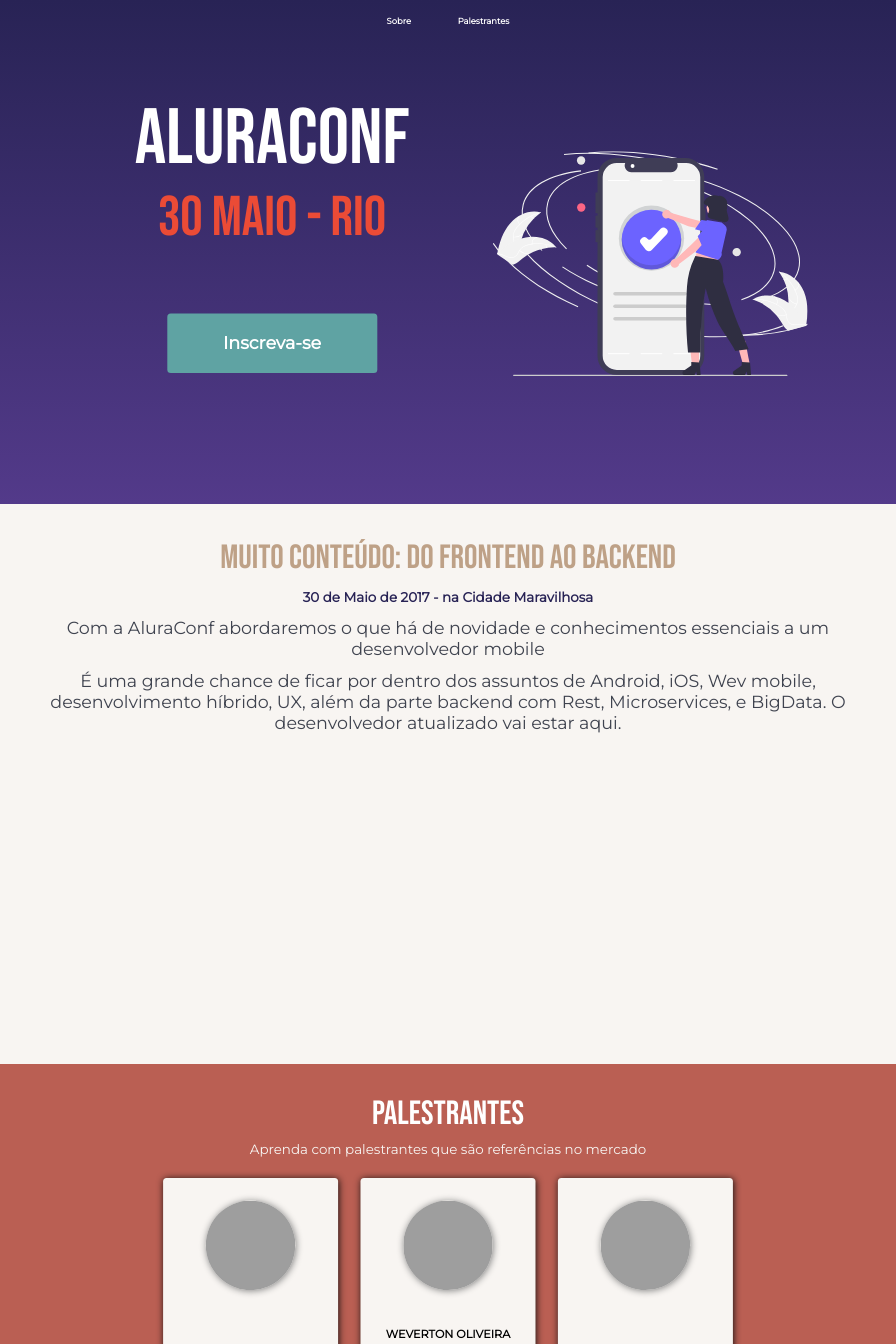
Repository: tomoliveira1/aluraconf
Page: index.html
An editor plug-in stored every save of this project. The page is shown before and after the next save, followed by the edit.
The browser window is 1280 px wide. The pictures show the part of the page from y = 0 to 1920 px (the page is 3072 px tall), at 70% of full size.
Pictures or frames that could not be fetched are drawn as grey boxes.

Above is the page before, as saved 2021-10-14 22:55:46.

After the next save:
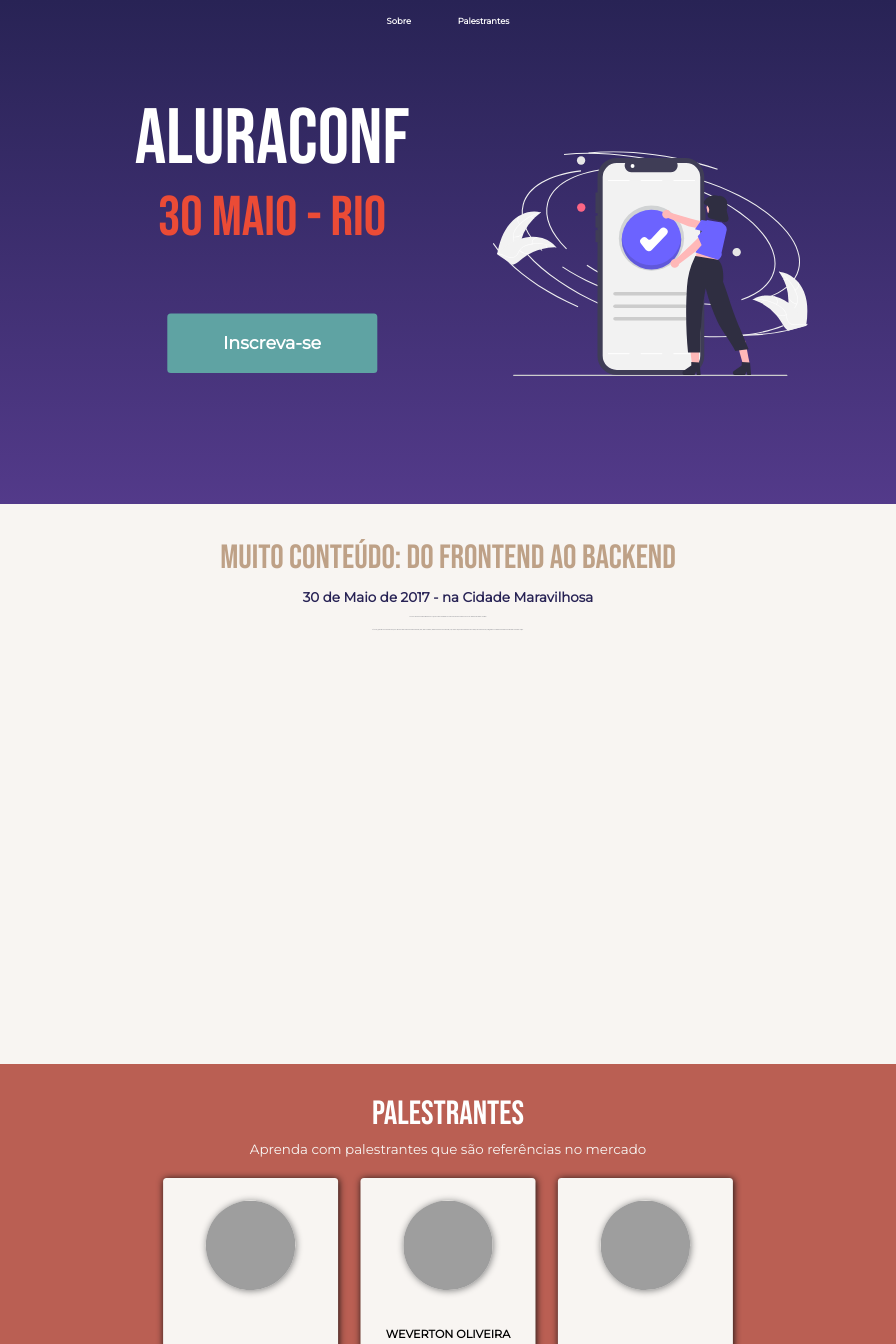
Saved 18 s later.
--- a/aluraconf/css/about.css
+++ b/aluraconf/css/about.css
@@ -27,5 +27,5 @@
   text-align: center;
   margin-bottom: 1rem;
   margin-right: 0;
-  font-size: 25px;
+  font-size: 2px;
 }
